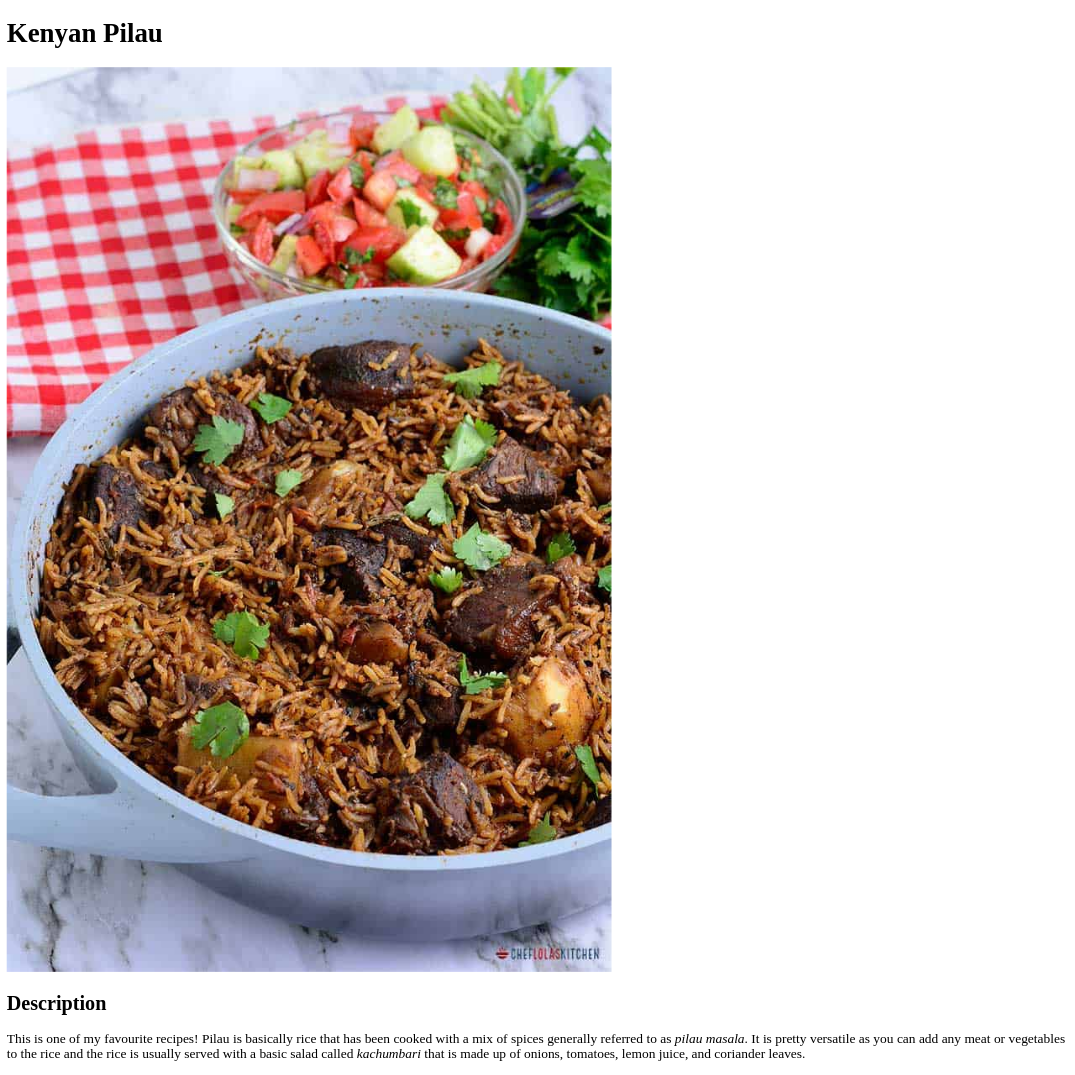
Repository: IanaAmke/odin-recipes
Page: recipes/pilau.html
These files come from the project's save history. The page is drawn as it stood at one moment and after the next save; the edit follows.
The browser window is 1280 px wide. The pictures show the whole page, at 84% of full size.

Above is the page before, as saved 2022-06-05 18:23:42.

### recipes/pilau.html
<!DOCTYPE html>
<html lang="en-GB">

<head>
    <meta charset="UTF-8">
    <title>Pilau Recipe</title>
</head>

<body>
    <h1>Kenyan Pilau</h1>
    <img src="./img/pilau.jpg" alt="beef pilau rice with potatoes">
    <h2>Description</h2>
    <p>This is one of my favourite recipes! Pilau is basically rice that has been cooked with a mix of spices generally referred to as <i>pilau masala</i>. It is pretty versatile as you can add any meat or vegetables to the rice and the rice is usually served
        with a basic salad called <i>kachumbari</i> that is made up of onions, tomatoes, lemon juice, and coriander leaves.</p>
</body>

</html>

After the next save:
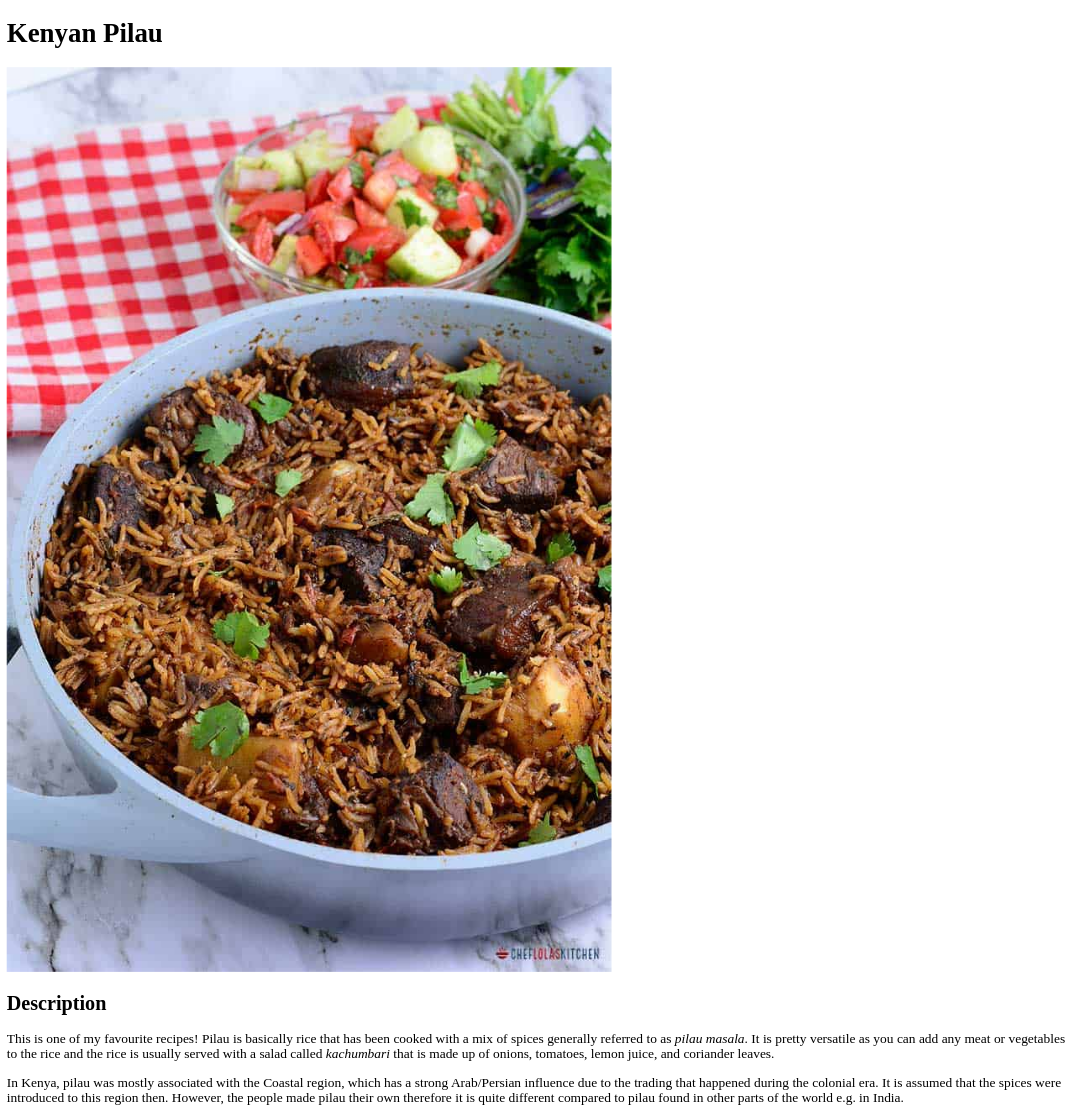
Saved 4 min 14 s later.
--- a/recipes/pilau.html
+++ b/recipes/pilau.html
@@ -11,7 +11,10 @@
     <img src="./img/pilau.jpg" alt="beef pilau rice with potatoes">
     <h2>Description</h2>
     <p>This is one of my favourite recipes! Pilau is basically rice that has been cooked with a mix of spices generally referred to as <i>pilau masala</i>. It is pretty versatile as you can add any meat or vegetables to the rice and the rice is usually served
-        with a basic salad called <i>kachumbari</i> that is made up of onions, tomatoes, lemon juice, and coriander leaves.</p>
+        with a salad called <i>kachumbari</i> that is made up of onions, tomatoes, lemon juice, and coriander leaves.</p>
+
+    <p>In Kenya, pilau was mostly associated with the Coastal region, which has a strong Arab/Persian influence due to the trading that happened during the colonial era. It is assumed that the spices were introduced to this region then. However, the people
+        made pilau their own therefore it is quite different compared to pilau found in other parts of the world e.g. in India.</p>
 </body>
 
 </html>
